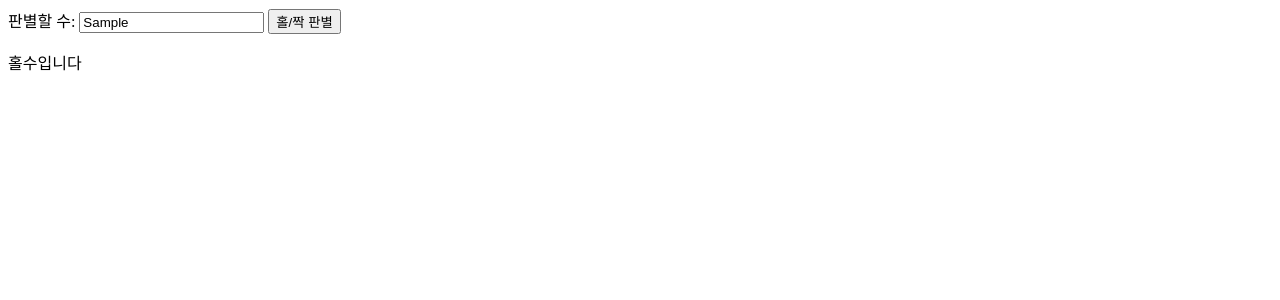
Repository: Jin0207/javaScript
Page: http://localhost/day1230/OddEvenTest.jsp
The author's editor kept a copy of each file at every save. The page is drawn from the files as they stood at one save, then again after the next save.
The browser window is 1280 px wide. The pictures show the whole page.
Empty fields were first filled with sample values (such as "Sample", 5 or name@example.com).
After loading, the first visible `button` was clicked once.
The page is served by Tomcat 9.

Above is the page before, as saved 2021-12-30 08:29:28.

### day1230/src/main/webapp/OddEvenTest.jsp
<%@ page language="java" contentType="text/html; charset=UTF-8"
    pageEncoding="UTF-8"%>
<!DOCTYPE html>
<html>
<head>
<meta charset="UTF-8">
<title>Insert title here</title>
<script type="text/javascript">
	function oddEven() {
		const num = document.getElementById("num1").value;
		const re = "짝수";

		if(num % 2 == 0){
			document.getElementById("re").innerHTML="짝수입니다";
		}else{
			document.getElementById("re").innerHTML="홀수입니다";
		}
	}

</script>
</head>
<body>
	판별할 수: <input type="text" id="num1">
	<button onclick="oddEven()">홀/짝 판별</button>
	<p id="re"></p>
</body>
</html>

After the next save:
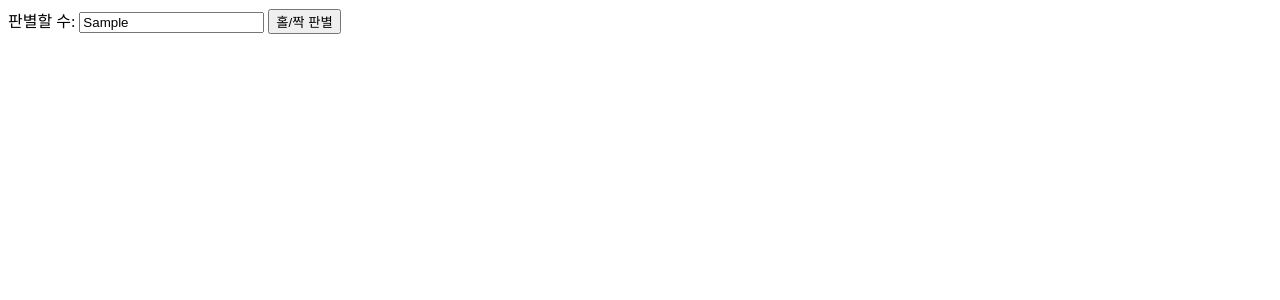
Saved 44 s later.
--- a/day1230/src/main/webapp/OddEvenTest.jsp
+++ b/day1230/src/main/webapp/OddEvenTest.jsp
@@ -8,13 +8,14 @@
 <script type="text/javascript">
 	function oddEven() {
 		const num = document.getElementById("num1").value;
-		const re = "짝수";
+		const re = "홀수";
 
 		if(num % 2 == 0){
-			document.getElementById("re").innerHTML="짝수입니다";
-		}else{
-			document.getElementById("re").innerHTML="홀수입니다";
+			re = "짝수";
 		}
+
+		re.innerHTML="홀수입니다";
+
 	}
 
 </script>

After the 2 saves that followed:
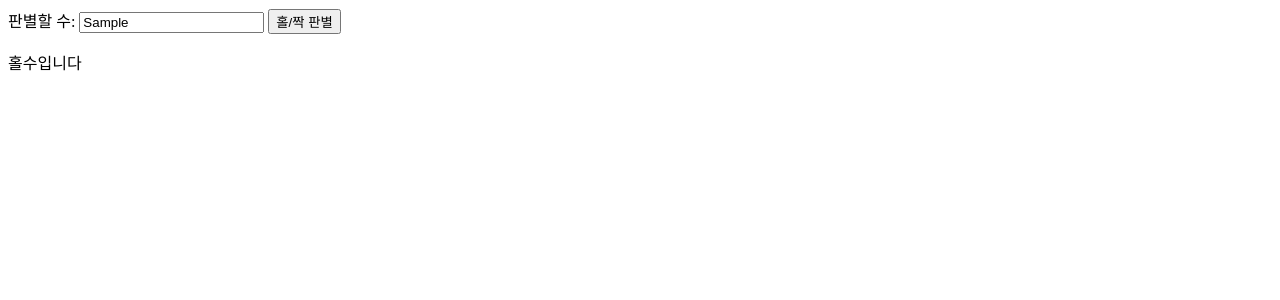
The 2 saves are shown as one change because 1 left the picture as it was.
The last was saved 59 s later.
--- a/day1230/src/main/webapp/OddEvenTest.jsp
+++ b/day1230/src/main/webapp/OddEvenTest.jsp
@@ -14,7 +14,7 @@
 			re = "짝수";
 		}
 
-		re.innerHTML="홀수입니다";
+		document.getElementById("re").innerHTML="홀수입니다";
 
 	}
 
